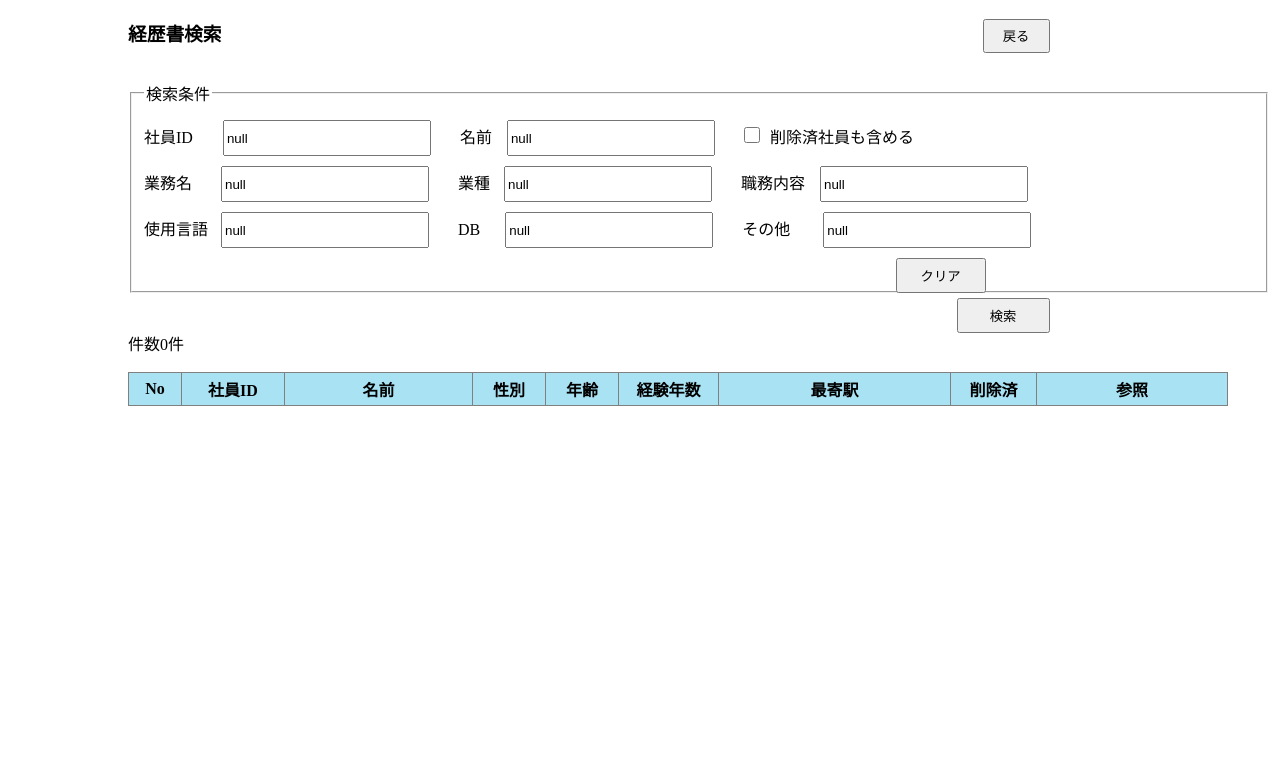
Repository: nguyenvantandev/WebApp
Page: http://localhost/EmployeeInfoSystem/ResumeSearch.jsp
An editor plug-in stored every save of this project. The page is shown before and after the next save, followed by the edit.
The browser window is 1280 px wide. The pictures show the whole page.
Some web libraries are served in a nearby version. The page is served by Tomcat 9.

Above is the page before, as saved 2016-06-13 07:33:47.
Console error: TypeError: Cannot read properties of null (reading 'value')

After the next save:
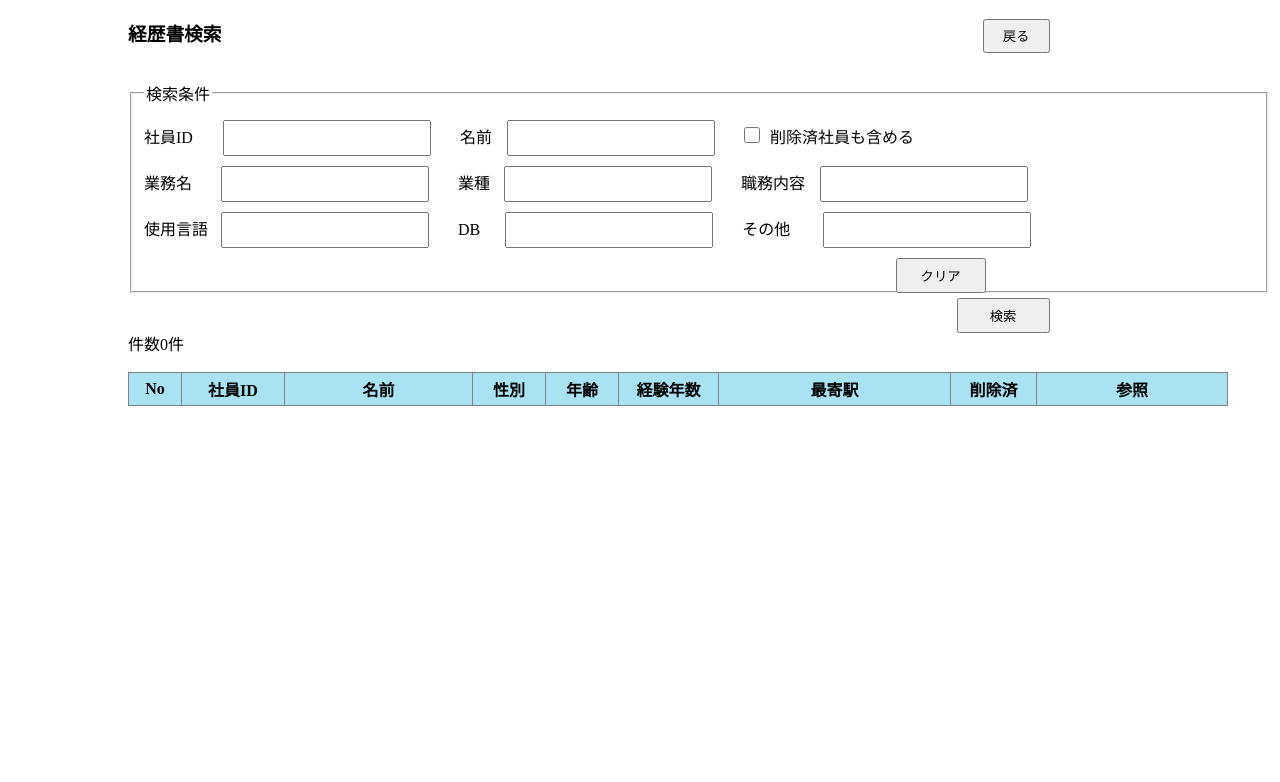
Saved 17 min 5 s later.
--- a/EmployeeInfoSystem/WebContent/ResumeSearch.jsp
+++ b/EmployeeInfoSystem/WebContent/ResumeSearch.jsp
@@ -22,6 +22,7 @@
 			<label id="label_shainId">社員ID</label><input type="text" id="shainId" name="shainId" value="<%=request.getAttribute("shainId")%>">
 			<label id="label_namae">名前</label><input type="text" id="namae" name="namae" value="<%=request.getAttribute("namae")%>">
 			<input type="checkbox" id="sakujocheck" name="sakujocheck">削除済社員も含める<br>
+			<input type="hidden" id="hidden_sakujocheck" name="hidden_sakujocheck" value="<%=request.getAttribute("hidden_sakujocheck")%>">
 
 			<label id="label_gyumumei">業務名</label><input type="text" id="gyumumei" name="gyumumei" value="<%=request.getAttribute("gyumumei")%>">
 			<label id="label_gyoushu">業種</label><input type="text" id="gyoushu" name="gyoushu" value="<%=request.getAttribute("gyoushu")%>">
